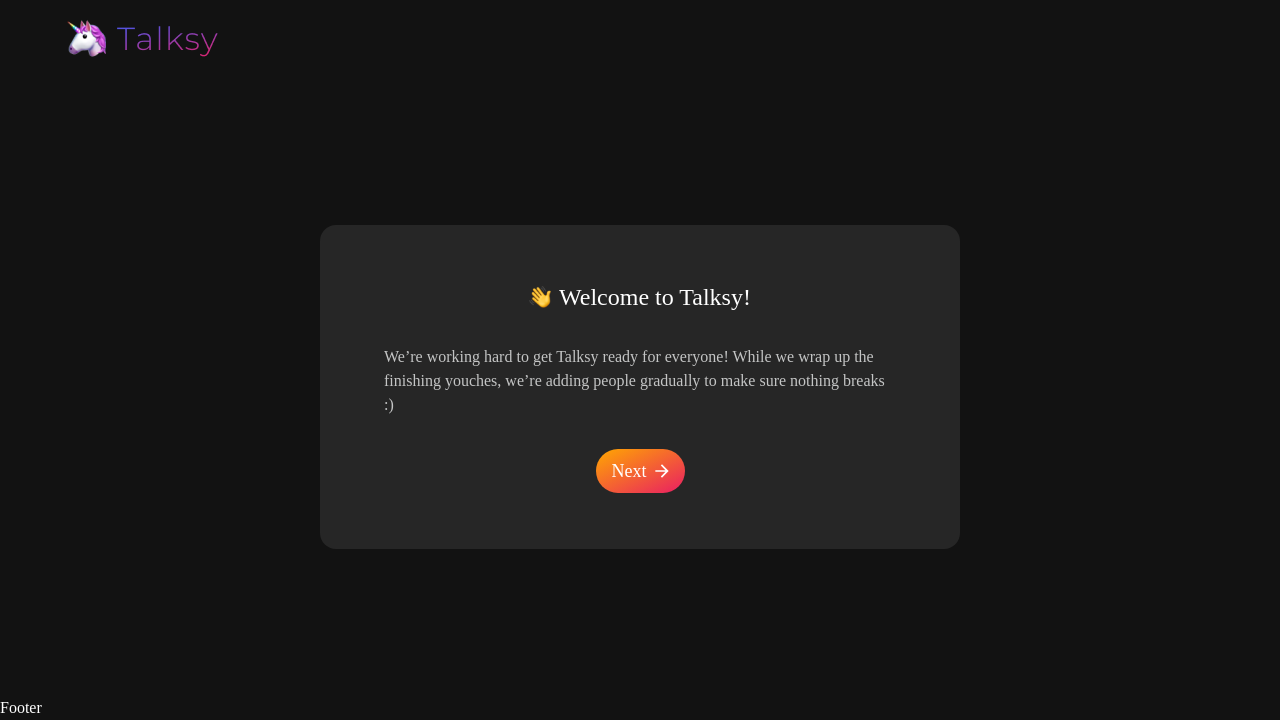
Repository: Krishna-bansall/Talksy
Page: / (app in Frontend/)
The author's editor kept a copy of each file at every save. The page is drawn from the files as they stood at one save, then again after the next save.
The browser window is 1280 px wide. The pictures show the whole page.
The project was rebuilt for these pictures with package versions that can differ from the ones it lists, and the page was loaded fresh each time. The framework's server and built-in components were replaced by stand-ins that run in the browser. Also part of the build but not shown: Frontend/next.config.js.

Above is the page before, as saved 2022-05-19 17:45:34.

After the next save:
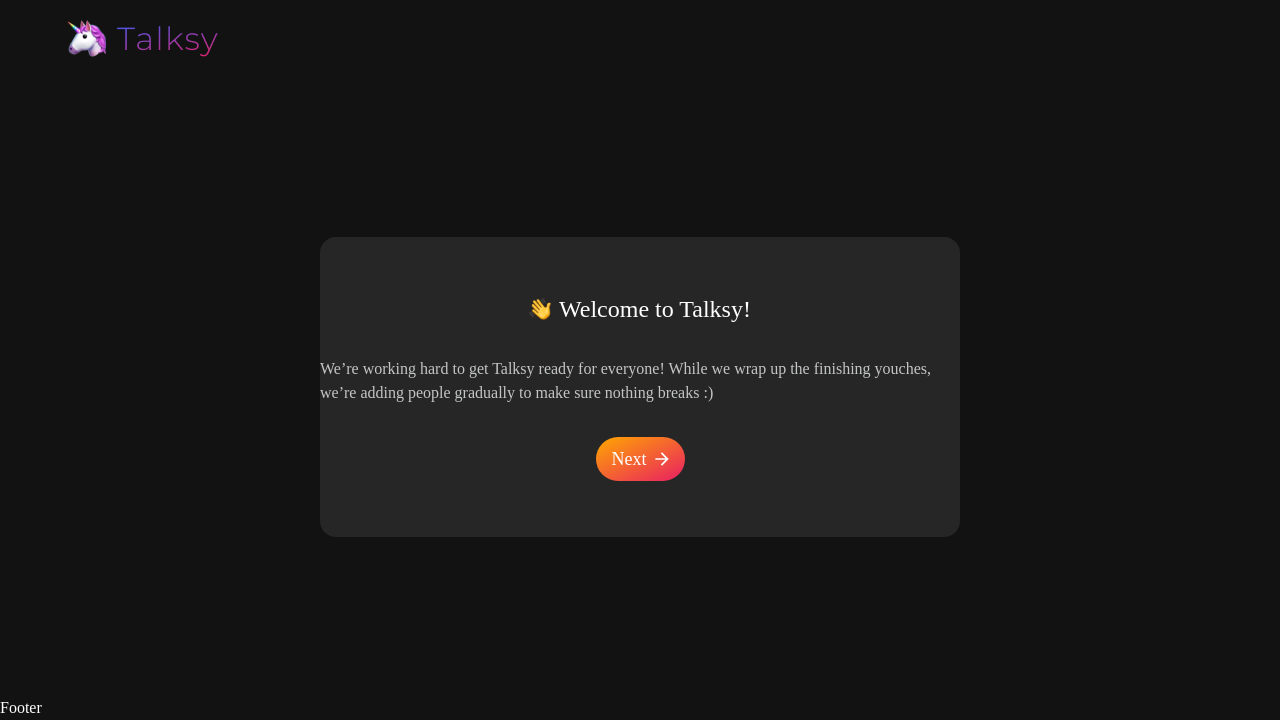
Saved 13 s later.
--- a/Frontend/pages/index.tsx
+++ b/Frontend/pages/index.tsx
@@ -14,7 +14,7 @@
           <h1 className="ml-2 text-2xl font-light">Welcome to Talksy!</h1>
         </div>
         <div className="my-4 flex justify-center ">
-          <p className="px-16 text-txtSecondary">
+          <p className="px-0 text-txtSecondary">
             We’re working hard to get Talksy ready for everyone! While we wrap
             up the finishing youches, we’re adding people gradually to make sure
             nothing breaks :)
